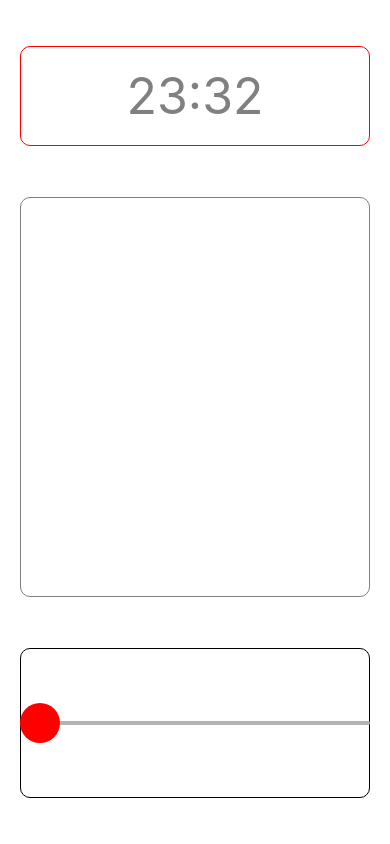
Repository: sonnke/imageResizer
Screen: /
The author's editor kept a copy of each file at every save. The screen is drawn from the files as they stood at one save, then again after the next save.
The app was drawn by React Native's web renderer in a window 390 px wide. The project was rebuilt for these pictures with package versions that can differ from the ones it lists, and the page was loaded fresh each time.

Above is the screen before, as saved 2020-02-02 18:32:45.

### App.tsx
import React, { useState } from 'react';
import { StyleSheet, Text, View } from 'react-native';
import { Slider } from 'react-native-elements';
import styled from 'styled-components/native';

const MainContainer = styled.View`
  flex: 1;
  flex-direction: column;
  align-items: center;
  justify-content: space-around;
  padding: 20px;
`;

const StopWatch = styled.View`
  width: 100%;
  height: 100px;
  border-width: 1px;
  border-color: red;
  border-radius: 10px;
  justify-content: center;
  align-items: center;
`;

const ImageContainer = styled.View`
  width: 100%;
  height: 400px;
  border-width: 1px;
  border-color: grey;
  border-radius: 10px;
  justify-content: center;
  align-items: center;
`;

const SliderContainer = styled.View`
  width: 100%;
  height: 150px;
  border-width: 1px;
  /* border-color: red; */
  border-radius: 10px;
  justify-content: center;
  align-items: center;
`;

const StopWatchText = styled.Text`
  font-size: 50px;
  color: grey;
`;

export default function App() {
  const [sliderNum, setSliderNum] = useState<number>(0);

  return (
    <MainContainer>
      <StopWatch>
        <StopWatchText>23:32</StopWatchText>
      </StopWatch>
      <ImageContainer></ImageContainer>
      <SliderContainer>
        <Slider
          value={sliderNum}
          onValueChange={value => setSliderNum(value)}
          maximumValue={100}
          animateTransitions={true}
          minimumTrackTintColor={"#808080"}
          trackStyle={{
            // backgroundColor: "#808080",
            width: 350
          }}
        />
      </SliderContainer>
    </MainContainer>
  );
}

After the next save:
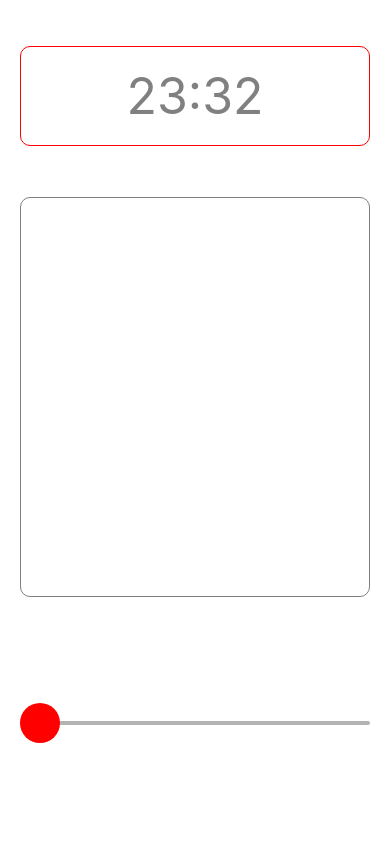
Saved 16 s later.
--- a/App.tsx
+++ b/App.tsx
@@ -34,8 +34,8 @@ const ImageContainer = styled.View`
 const SliderContainer = styled.View`
   width: 100%;
   height: 150px;
-  border-width: 1px;
-  /* border-color: red; */
+  /* border-width: 1px; */
+  border-color: red;
   border-radius: 10px;
   justify-content: center;
   align-items: center;
